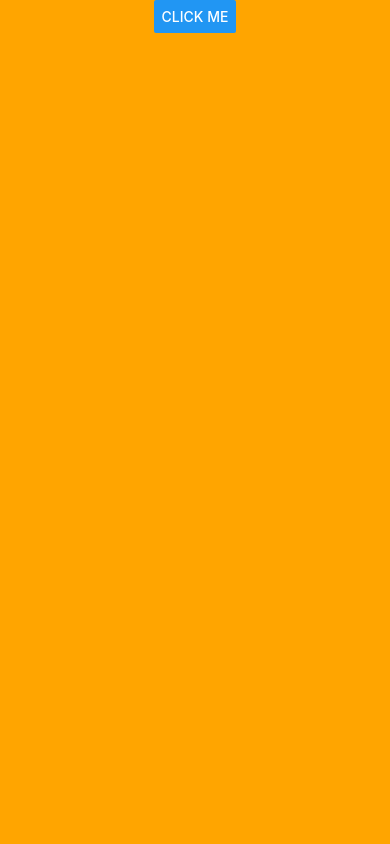
Repository: Callum-Worrall/react-native-test-app
Page: /
The author's editor kept a copy of each file at every save. The page is drawn from the files as they stood at one save, then again after the next save.
The browser window is 390 px wide. The pictures show the whole page.
The app was drawn by React Native's web renderer in a window 390 px wide. The project was rebuilt for these pictures with package versions that can differ from the ones it lists, and the page was loaded fresh each time.

Above is the page before, as saved 2022-02-17 13:01:19.

After the next save:
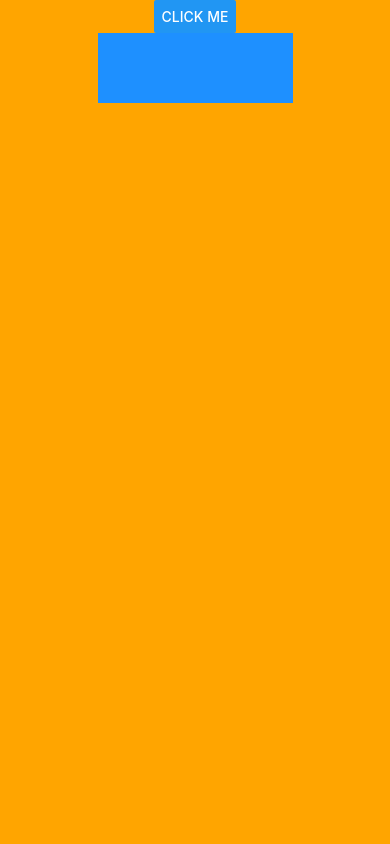
Saved 3 min 26 s later.
--- a/App.js
+++ b/App.js
@@ -21,7 +21,7 @@ export default function App() {
       <View style={{
         backgroundColor: 'dodgerblue',
         width: '50%',
-        height: '70',
+        height: 70,
       }}></View>
 
 
